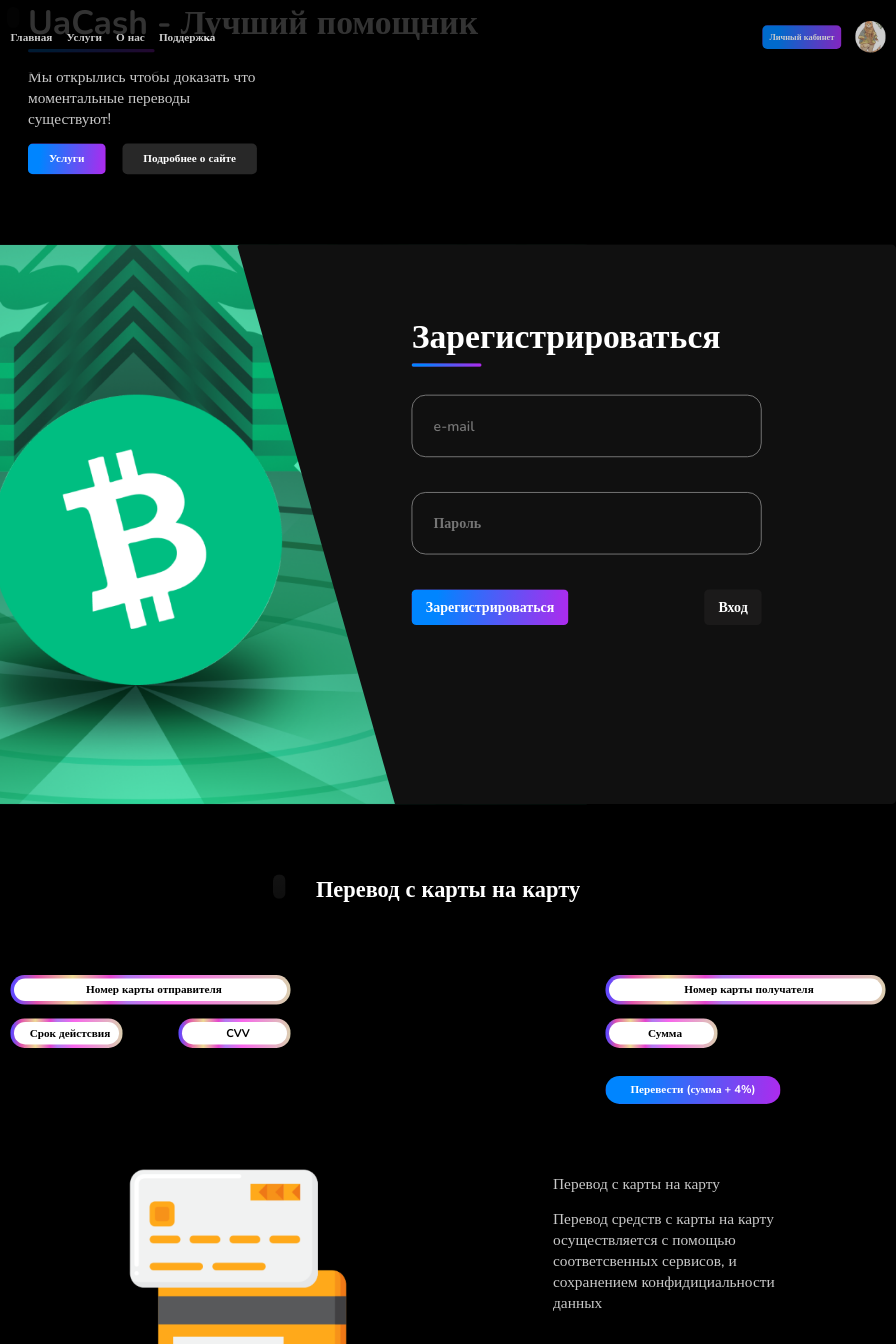
Repository: HunterAkeriano/ua-cash
Page: registration.html
An editor plug-in stored every save of this project. The page is shown before and after the next save, followed by the edit.
The browser window is 1280 px wide. The pictures show the part of the page from y = 0 to 1920 px (the page is 5146 px tall before and 5296 px after), at 70% of full size.
The style sheet was rebuilt from its Sass, Less or Tailwind sources for each picture, by a compiler version that may differ from the author's.

Above is the page before, as saved 2023-02-26 11:00:31.
Console error: ReferenceError: Swiper is not defined

After the next save:
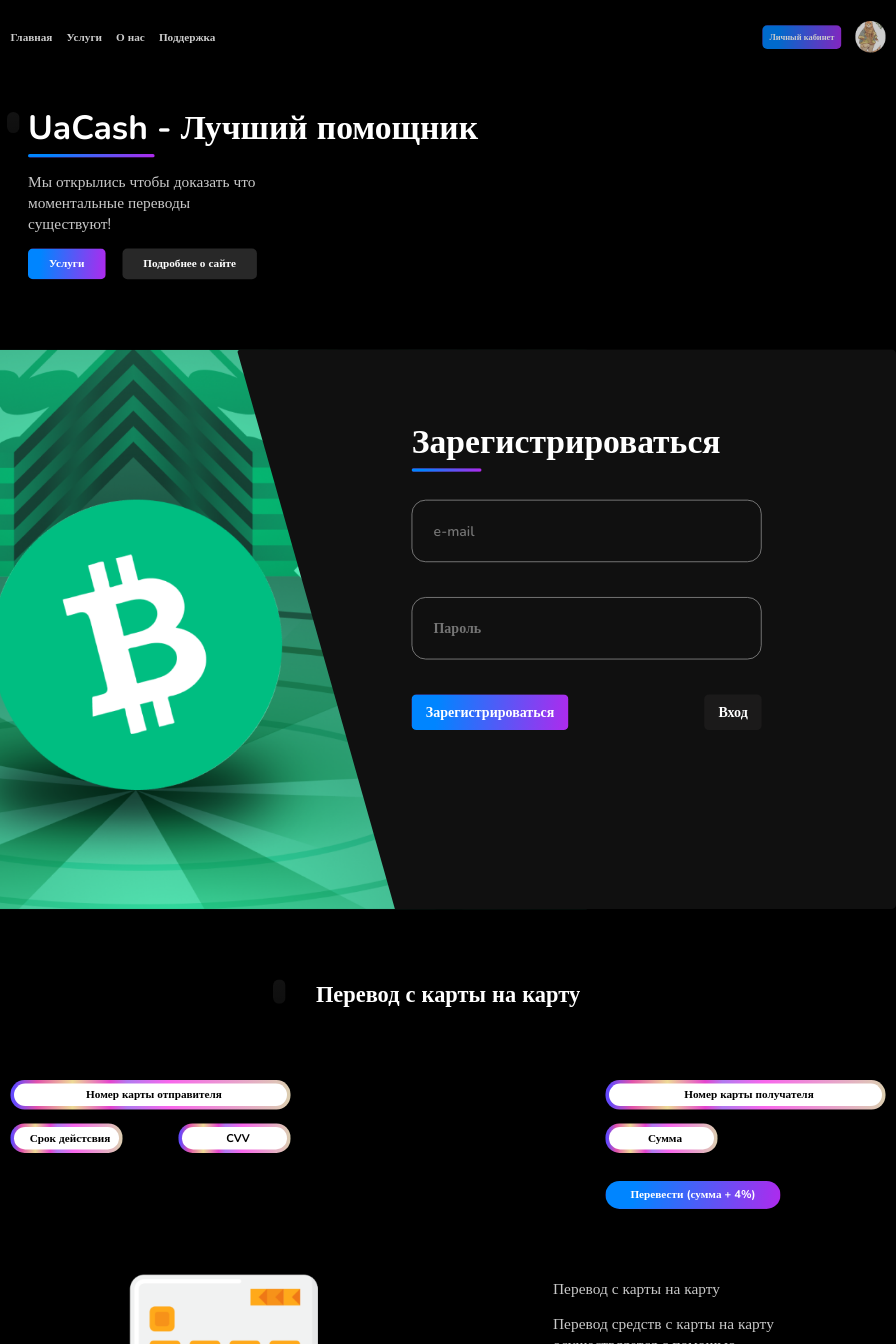
Saved 24 s later.
--- a/registration.html
+++ b/registration.html
@@ -54,6 +54,14 @@
                 </div>
             </div>
         </header>
+        <section class="dollars">
+            <div class="container">
+                <div class="dollars__content">
+                    <div class="dol-date"><span id="date-date-date"></span></div>
+                    <div class="dol-block"><span id="usd-rate"></span></div>
+                </div>
+            </div>
+           </section>
 
         <section class="content">
             <div class="container">
